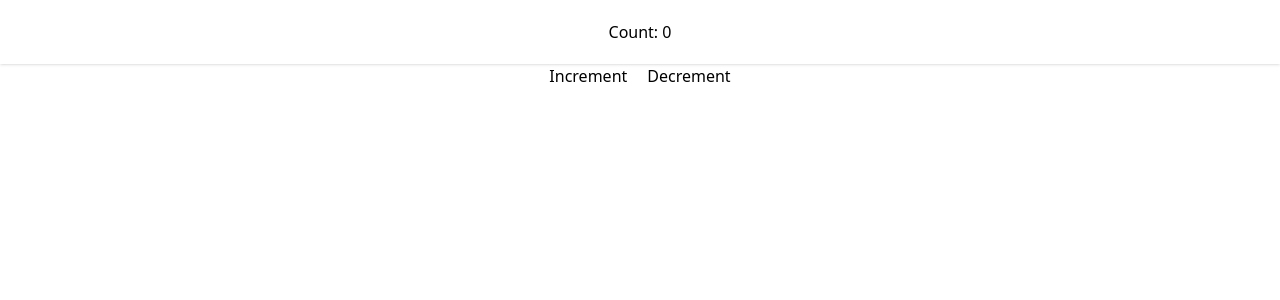
Repository: vophuocthanh/redux
Page: /
These files come from the project's save history. The page is drawn as it stood at one moment and after the next save; the edit follows.
The browser window is 1280 px wide. The pictures show the whole page.
The project was rebuilt for these pictures with package versions that can differ from the ones it lists, and the page was loaded fresh each time. Also part of the build but not shown: src/App.css.

Above is the page before, as saved 2023-03-08 09:45:05.

After the next save:
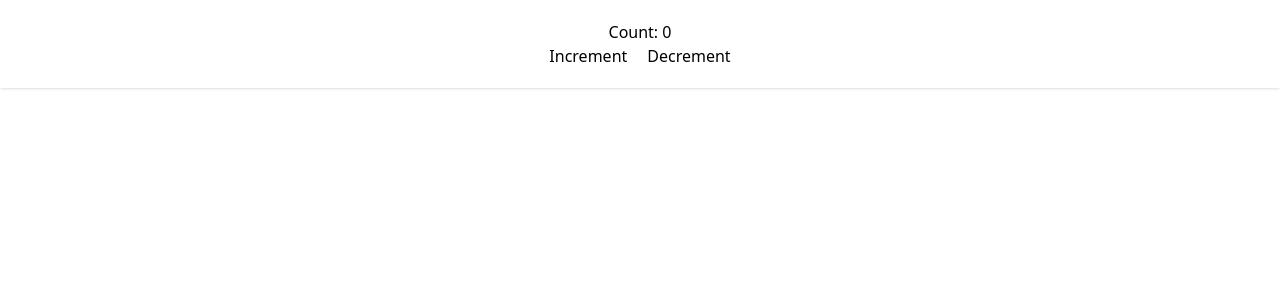
Saved 26 s later.
--- a/src/components/Counter.js
+++ b/src/components/Counter.js
@@ -9,10 +9,8 @@ const Counter = () => {
     setCount(count - 1);
   };
   return (
-    <div>
-      <h2 className="flex flex-col items-center p-5 bg-white shadow">
-        Count: {count}
-      </h2>
+    <div className="flex flex-col items-center p-5 bg-white shadow">
+      <h2>Count: {count}</h2>
       <div className="flex justify-center items-center gap-x-5">
         <button onClick={increment}>Increment</button>
         <button onClick={decrement}>Decrement</button>
